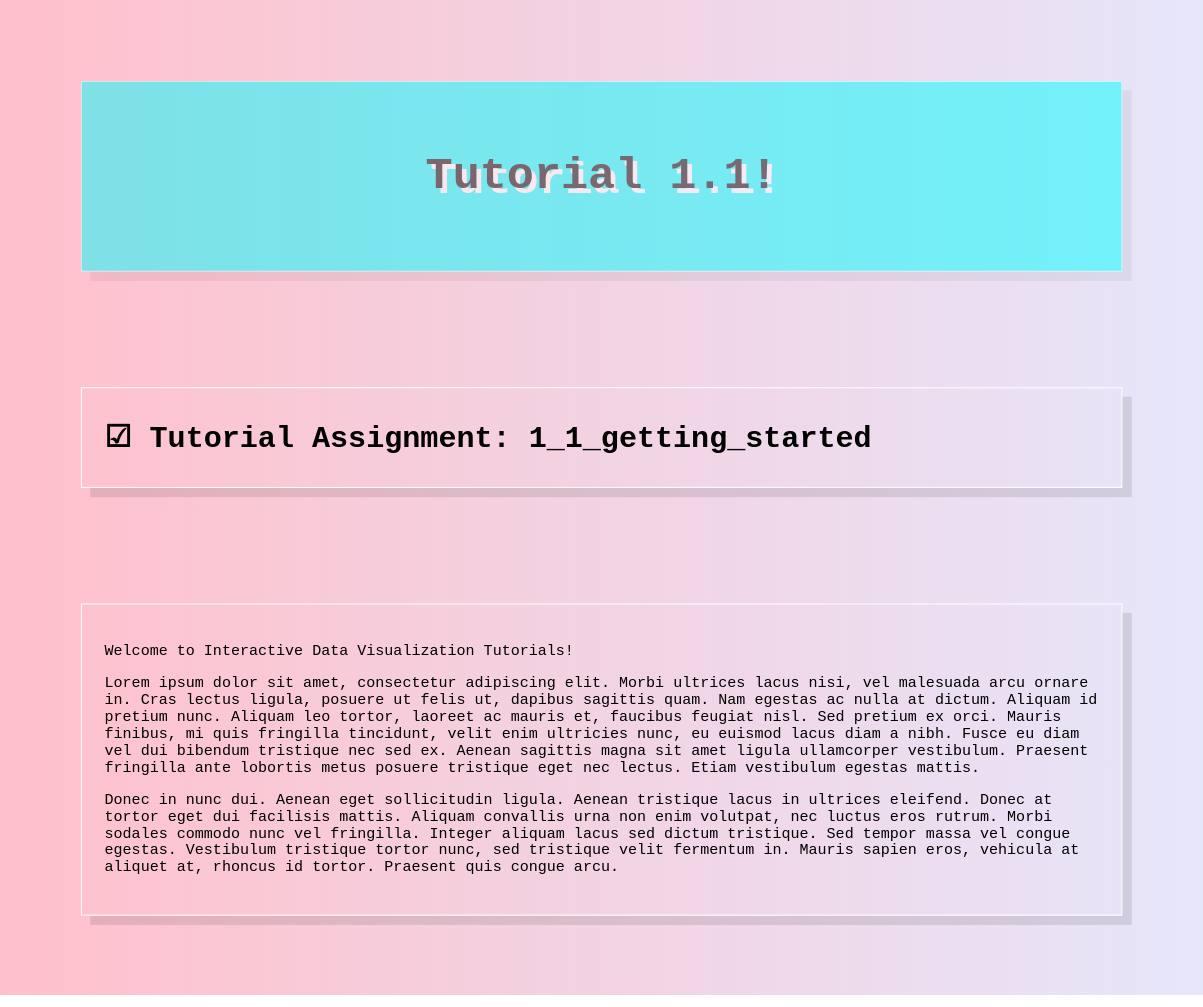
Repository: lisjak/Interactive-Data-Vis-Fall2022
Page: 1_1_getting_started/index.html
These files come from the project's save history. The page is drawn as it stood at one moment and after the next save; the edit follows.
The browser window is 1280 px wide. The pictures show the whole page, at 94% of full size.
The pointer rests on the first visible `div`.
Some web fonts or font styles are not loaded; a fallback is used.

Above is the page before, as saved 2022-09-04 22:03:05.

### 1_1_getting_started/index.html
<!DOCTYPE html>

<head>
    <meta charset="utf-8">

    <title>Interactive Data Visualization Tutorial</title>

    <link rel="stylesheet" href="https://fonts.googleapis.com/css?family=Source+Sans+Pro">

    <link href="https://fonts.googleapis.com/css2?family=Azeret+Mono&display=swap" rel="stylesheet">

    <link rel="stylesheet" href="./style.css">
</head>

<body>
    <div>
        <h1>
            Tutorial 1.1!
        </h1>
    </div>
    <div>
        <h3>
            &#9745; Tutorial Assignment: 1_1_getting_started
        </h3>
    </div>
    <div>
        <p>
            Welcome to Interactive Data Visualization Tutorials!
        </p>

        <p>
            Lorem ipsum dolor sit amet, consectetur adipiscing elit. Morbi ultrices lacus nisi, vel malesuada arcu ornare in. Cras lectus ligula, posuere ut felis ut, dapibus sagittis quam. Nam egestas ac nulla at dictum. Aliquam id pretium nunc. Aliquam leo tortor,
            laoreet ac mauris et, faucibus feugiat nisl. Sed pretium ex orci. Mauris finibus, mi quis fringilla tincidunt, velit enim ultricies nunc, eu euismod lacus diam a nibh. Fusce eu diam vel dui bibendum tristique nec sed ex. Aenean sagittis magna
            sit amet ligula ullamcorper vestibulum. Praesent fringilla ante lobortis metus posuere tristique eget nec lectus. Etiam vestibulum egestas mattis.
        </p>

        <p>
            Donec in nunc dui. Aenean eget sollicitudin ligula. Aenean tristique lacus in ultrices eleifend. Donec at tortor eget dui facilisis mattis. Aliquam convallis urna non enim volutpat, nec luctus eros rutrum. Morbi sodales commodo nunc vel fringilla. Integer
            aliquam lacus sed dictum tristique. Sed tempor massa vel congue egestas. Vestibulum tristique tortor nunc, sed tristique velit fermentum in. Mauris sapien eros, vehicula at aliquet at, rhoncus id tortor. Praesent quis congue arcu.
        </p>
    </div>
</body>

</html>

### 1_1_getting_started/style.css
body {
    background-image: linear-gradient(to right, pink, lavender);
    font-family: 'Azeret Mono', monospace;
    font-size: 16px;
    padding: 1em;
    display: flex;
    flex-direction: column;
}

div {
    align-items: center;
    justify-content: center;
    border: 1px solid white;
    padding: 2%;
    margin: 5%;
    box-shadow: 10px 10px 0px rgb(0 0 0 / 0.1);
}

div:hover {
    background-color: cyan;
    padding: 5%;
    opacity: 0.5;
    transition: 0.5s;
}

h1 {
    font-size: 3em;
    margin: 0.25em 0;
    text-shadow: 5px 5px 0px white;
    text-align: center;
    font-weight: bold;
}

h3 {
    font-size: 2em;
    margin: 0.25em 0;
}

p {
    font-size: 1em;
    color: black;
}

After the next save:
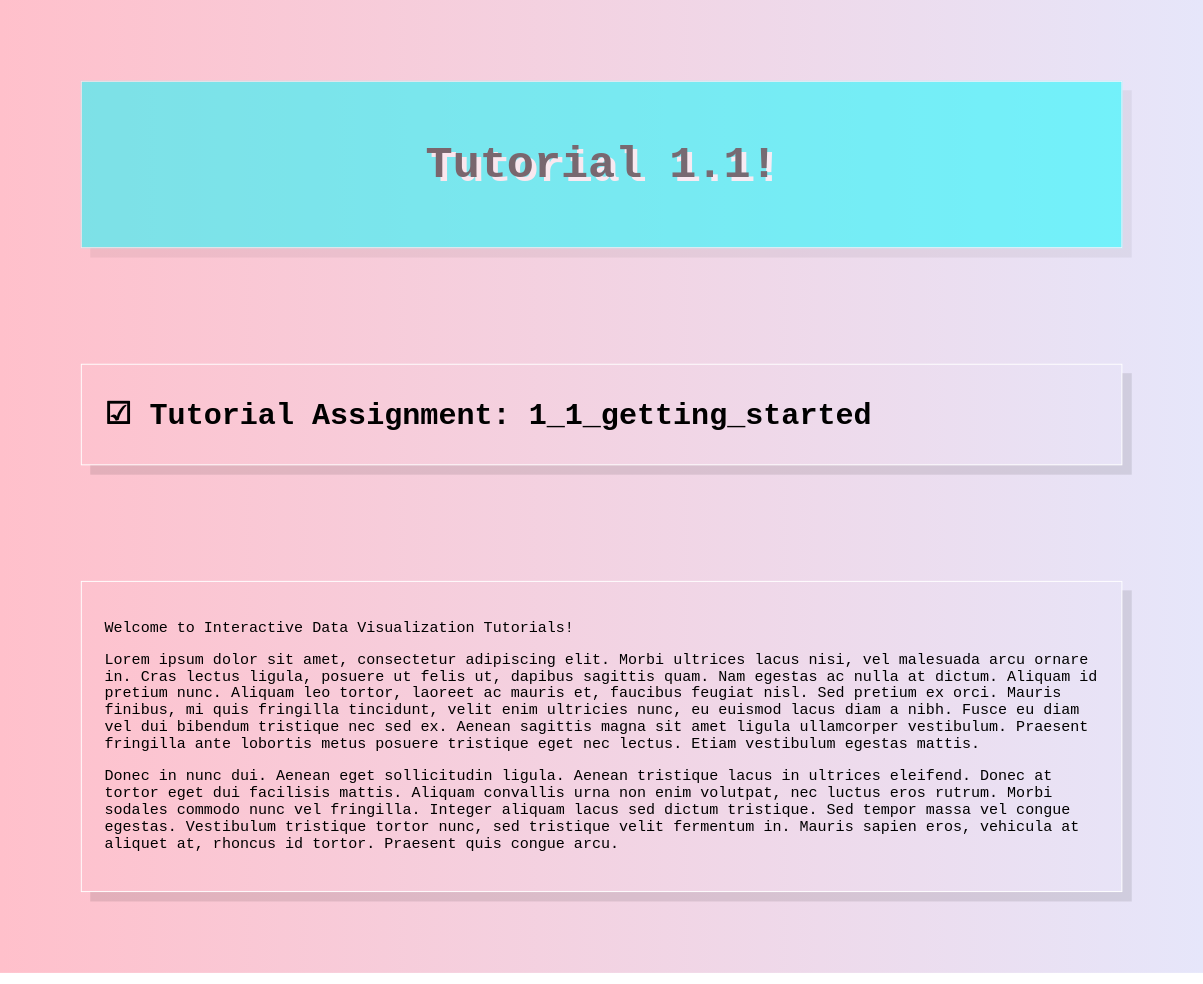
Saved 6 s later.
--- a/1_1_getting_started/style.css
+++ b/1_1_getting_started/style.css
@@ -18,7 +18,7 @@ div {
 
 div:hover {
     background-color: cyan;
-    padding: 5%;
+    padding: 4%;
     opacity: 0.5;
     transition: 0.5s;
 }
